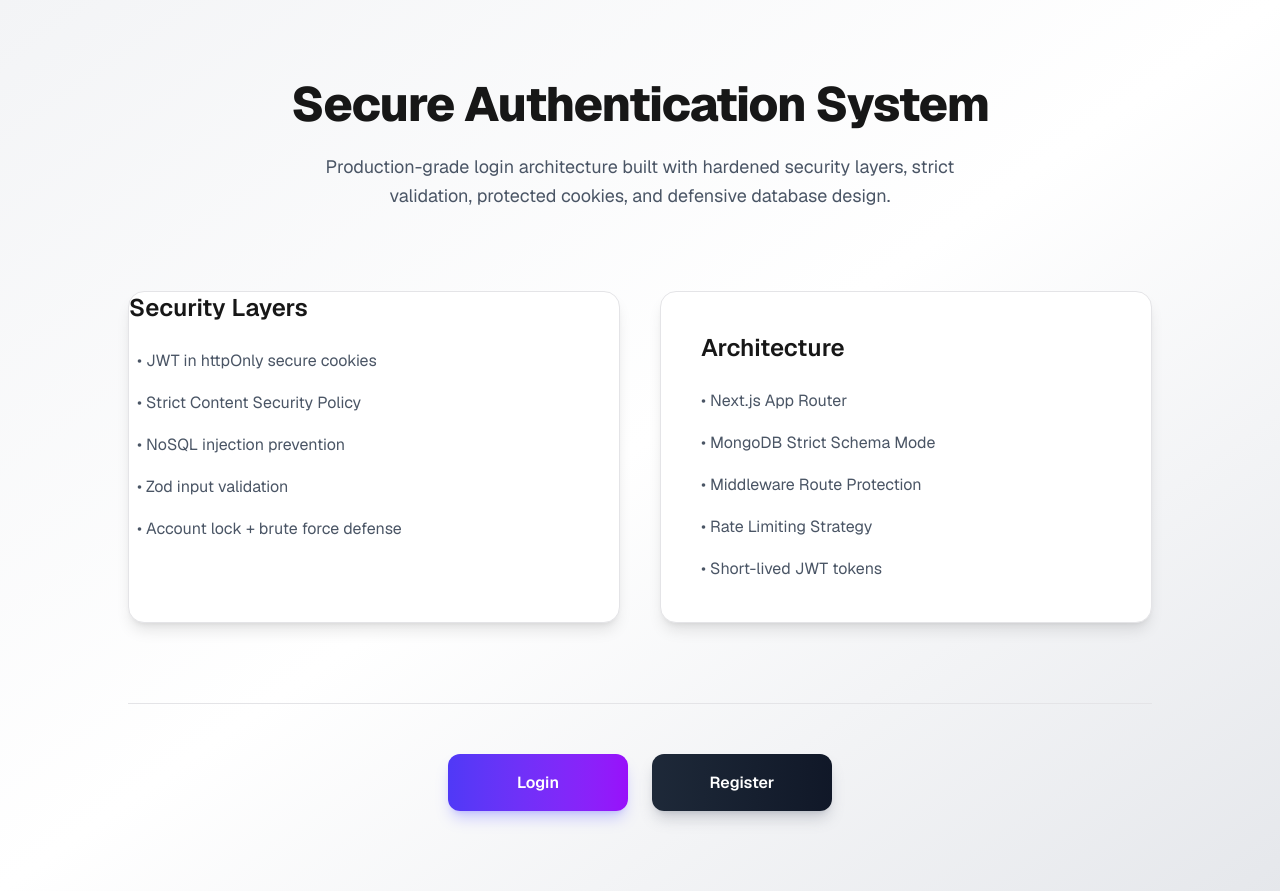
Repository: swastikjhacoder/secure-auth-app
Page: /
These files come from the project's save history. The page is drawn as it stood at one moment and after the next save; the edit follows.
The browser window is 1280 px wide. The pictures show the whole page.
The project was rebuilt for these pictures with package versions that can differ from the ones it lists, and the page was loaded fresh each time. The framework's server and built-in components were replaced by stand-ins that run in the browser. Also part of the build but not shown: next.config.mjs.

Above is the page before, as saved 2026-03-02 13:12:59.

### src/app/layout.js
import { Geist, Geist_Mono } from "next/font/google";
import "./globals.css";

const geistSans = Geist({
  variable: "--font-geist-sans",
  subsets: ["latin"],
  display: "swap",
});

const geistMono = Geist_Mono({
  variable: "--font-geist-mono",
  subsets: ["latin"],
  display: "swap",
});

export const metadata = {
  title: {
    default: "Secure Auth App",
    template: "%s | Secure Auth App",
  },
  description: "Production-grade secure authentication system",
  metadataBase: new URL("http://localhost:3000"),
  robots: {
    index: false,
    follow: false,
  },
};

export default function RootLayout({ children }) {
  return (
    <html lang="en" suppressHydrationWarning>
      <body
        className={`
          ${geistSans.variable}
          ${geistMono.variable}
          font-sans
          antialiased
          min-h-screen
        `}
      >
        {children}
      </body>
    </html>
  );
}

### src/app/page.js
import Link from "next/link";

export default function Home() {
  return (
    <div className="min-h-screen bg-gradient-to-br from-gray-100 via-white to-gray-200 dark:from-black dark:via-zinc-900 dark:to-black flex items-center justify-center px-6 py-20">
      <div className="w-full max-w-5xl space-y-20">
        <div className="text-center space-y-6">
          <h1 className="text-4xl sm:text-5xl font-extrabold tracking-tight">
            Secure Authentication System
          </h1>

          <p className="text-lg text-gray-600 dark:text-gray-400 max-w-2xl mx-auto leading-relaxed">
            Production-grade login architecture built with hardened security
            layers, strict validation, protected cookies, and defensive database
            design.
          </p>
        </div>

        <div className="grid gap-10 md:grid-cols-2">
          <div className="h-full rounded-2xl border border-border bg-card shadow-lg transition-all duration-300 hover:-translate-y-1 hover:shadow-2xl">
            <div className="space-y-6">
              <h3 className="text-2xl font-semibold">Security Layers</h3>

              <ul className="pl-2 space-y-4 text-gray-600 dark:text-gray-400 leading-relaxed">
                <li>• JWT in httpOnly secure cookies</li>
                <li>• Strict Content Security Policy</li>
                <li>• NoSQL injection prevention</li>
                <li>• Zod input validation</li>
                <li>• Account lock + brute force defense</li>
              </ul>
            </div>
          </div>

          <div className="h-full rounded-2xl border border-border bg-card shadow-lg transition-all duration-300 hover:-translate-y-1 hover:shadow-2xl">
            <div className="p-10 space-y-6">
              <h3 className="text-2xl font-semibold">Architecture</h3>

              <ul className="space-y-4 text-gray-600 dark:text-gray-400 leading-relaxed">
                <li>• Next.js App Router</li>
                <li>• MongoDB Strict Schema Mode</li>
                <li>• Middleware Route Protection</li>
                <li>• Rate Limiting Strategy</li>
                <li>• Short-lived JWT tokens</li>
              </ul>
            </div>
          </div>
        </div>

        <div className="flex flex-col sm:flex-row justify-center items-center gap-6 pt-10 border-t border-border">
          <Link
            href="/login"
            className="w-full sm:w-auto min-w-[180px] px-10 py-4 rounded-xl font-semibold text-white
                       bg-gradient-to-r from-indigo-600 to-purple-600
                       shadow-lg shadow-indigo-500/30
                       hover:from-indigo-500 hover:to-purple-500
                       hover:shadow-indigo-500/50
                       transition-all duration-300 text-center"
          >
            Login
          </Link>

          <Link
            href="/register"
            className="w-full sm:w-auto min-w-[180px] px-10 py-4 rounded-xl font-semibold
                       bg-gradient-to-r from-gray-800 to-gray-900
                       text-white
                       shadow-lg shadow-gray-500/30
                       hover:from-gray-700 hover:to-black
                       hover:shadow-gray-500/50
                       transition-all duration-300 text-center"
          >
            Register
          </Link>
        </div>
      </div>
    </div>
  );
}

### src/app/globals.css
@import "tailwindcss";

:root {
  --background: #ffffff;
  --foreground: #171717;

  --card: #ffffff;
  --card-foreground: #111111;

  --muted: #f4f4f5;
  --border: #e4e4e7;
}

@media (prefers-color-scheme: dark) {
  :root {
    --background: #0a0a0a;
    --foreground: #ededed;

    --card: #111111;
    --card-foreground: #f5f5f5;

    --muted: #1c1c1f;
    --border: #27272a;
  }
}

@theme inline {
  --color-background: var(--background);
  --color-foreground: var(--foreground);
  --color-card: var(--card);
  --color-card-foreground: var(--card-foreground);
  --color-muted: var(--muted);
  --color-border: var(--border);

  --font-sans: var(--font-geist-sans);
  --font-mono: var(--font-geist-mono);
}

*,
*::before,
*::after {
  box-sizing: border-box;
}

html {
  scroll-behavior: smooth;
}

html,
body {
  overflow-x: hidden;
  min-height: 100%;
}

body {
  background: var(--background);
  color: var(--foreground);
  font-family: var(--font-geist-sans), system-ui, sans-serif;
  line-height: 1.6;
  text-rendering: optimizeLegibility;
  -webkit-font-smoothing: antialiased;
}

button {
  background: none;
  border: none;
  cursor: pointer;
  font: inherit;
}

a {
  margin-top: 10px;
  text-decoration: none;
}

input,
textarea,
select {
  font: inherit;
}

:focus-visible {
  outline: 2px solid #6366f1;
  outline-offset: 2px;
}

After the next save:
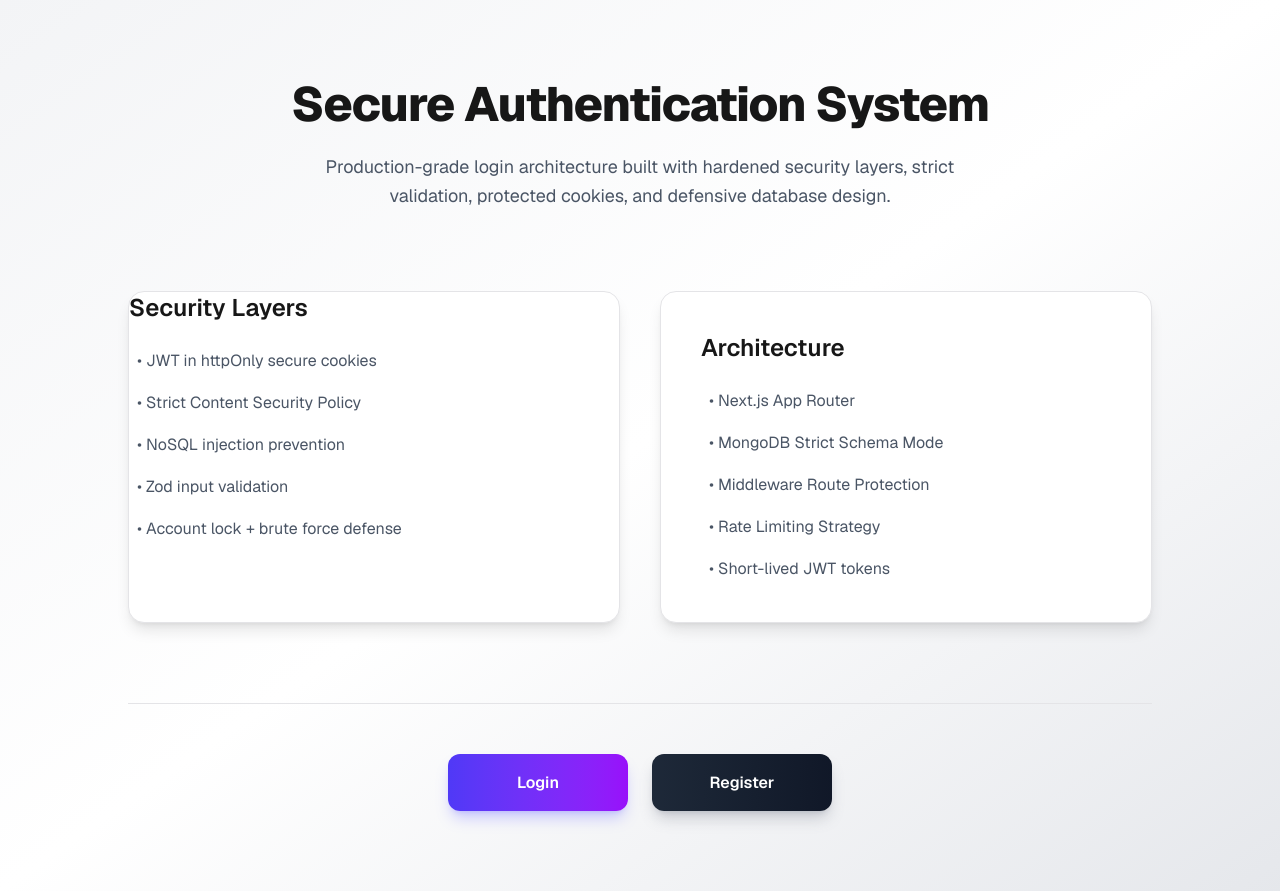
Saved 15 s later.
--- a/src/app/page.js
+++ b/src/app/page.js
@@ -35,7 +35,7 @@ export default function Home() {
             <div className="p-10 space-y-6">
               <h3 className="text-2xl font-semibold">Architecture</h3>
 
-              <ul className="space-y-4 text-gray-600 dark:text-gray-400 leading-relaxed">
+              <ul className="pl-2 space-y-4 text-gray-600 dark:text-gray-400 leading-relaxed">
                 <li>• Next.js App Router</li>
                 <li>• MongoDB Strict Schema Mode</li>
                 <li>• Middleware Route Protection</li>
